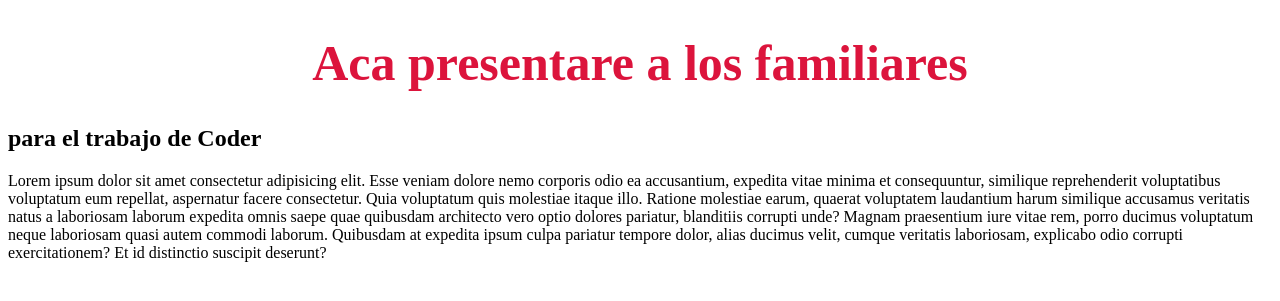
Repository: gadiazsaavedra/Familiares
Page: Familiares/Familiares/plantillas/template1.html
These files come from the project's save history. The page is drawn as it stood at one moment and after the next save; the edit follows.
The browser window is 1280 px wide. The pictures show the whole page.

Above is the page before, as saved 2021-12-07 16:38:55.

After the next save:
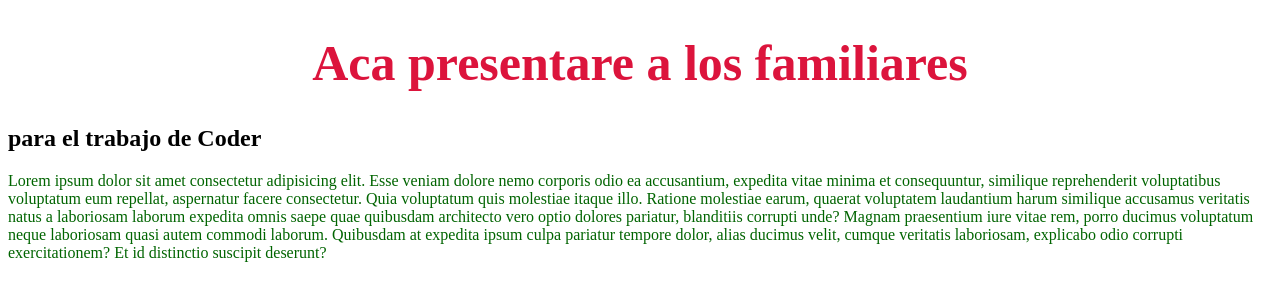
Saved 8 s later.
--- a/Familiares/Familiares/plantillas/template1.html
+++ b/Familiares/Familiares/plantillas/template1.html
@@ -9,6 +9,6 @@
 <body>
     <h1 style="color:crimson; text-align:center; font-size:50px">Aca presentare a los familiares</h1>
     <h2>para el trabajo de Coder</h2>
-    <p style="color:">Lorem ipsum dolor sit amet consectetur adipisicing elit. Esse veniam dolore nemo corporis odio ea accusantium, expedita vitae minima et consequuntur, similique reprehenderit voluptatibus voluptatum eum repellat, aspernatur facere consectetur. Quia voluptatum quis molestiae itaque illo. Ratione molestiae earum, quaerat voluptatem laudantium harum similique accusamus veritatis natus a laboriosam laborum expedita omnis saepe quae quibusdam architecto vero optio dolores pariatur, blanditiis corrupti unde? Magnam praesentium iure vitae rem, porro ducimus voluptatum neque laboriosam quasi autem commodi laborum. Quibusdam at expedita ipsum culpa pariatur tempore dolor, alias ducimus velit, cumque veritatis laboriosam, explicabo odio corrupti exercitationem? Et id distinctio suscipit deserunt?</p>
+    <p style="color:darkgreen">Lorem ipsum dolor sit amet consectetur adipisicing elit. Esse veniam dolore nemo corporis odio ea accusantium, expedita vitae minima et consequuntur, similique reprehenderit voluptatibus voluptatum eum repellat, aspernatur facere consectetur. Quia voluptatum quis molestiae itaque illo. Ratione molestiae earum, quaerat voluptatem laudantium harum similique accusamus veritatis natus a laboriosam laborum expedita omnis saepe quae quibusdam architecto vero optio dolores pariatur, blanditiis corrupti unde? Magnam praesentium iure vitae rem, porro ducimus voluptatum neque laboriosam quasi autem commodi laborum. Quibusdam at expedita ipsum culpa pariatur tempore dolor, alias ducimus velit, cumque veritatis laboriosam, explicabo odio corrupti exercitationem? Et id distinctio suscipit deserunt?</p>
 </body>
 </html>
